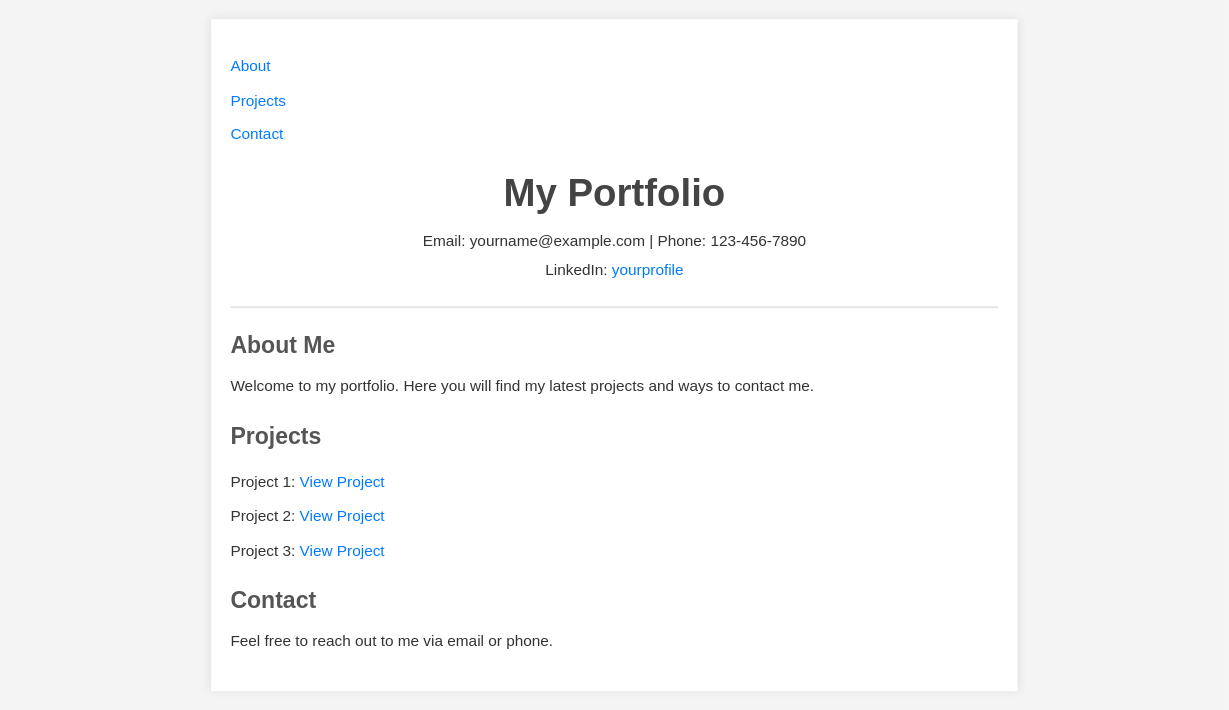
Repository: HoangDuck/portfolio
Page: index.html
An editor plug-in stored every save of this project. The page is shown before and after the next save, followed by the edit.
The browser window is 1280 px wide. The pictures show the whole page, at 96% of full size.

Above is the page before, as saved 2025-03-09 22:14:32.

After the next save:
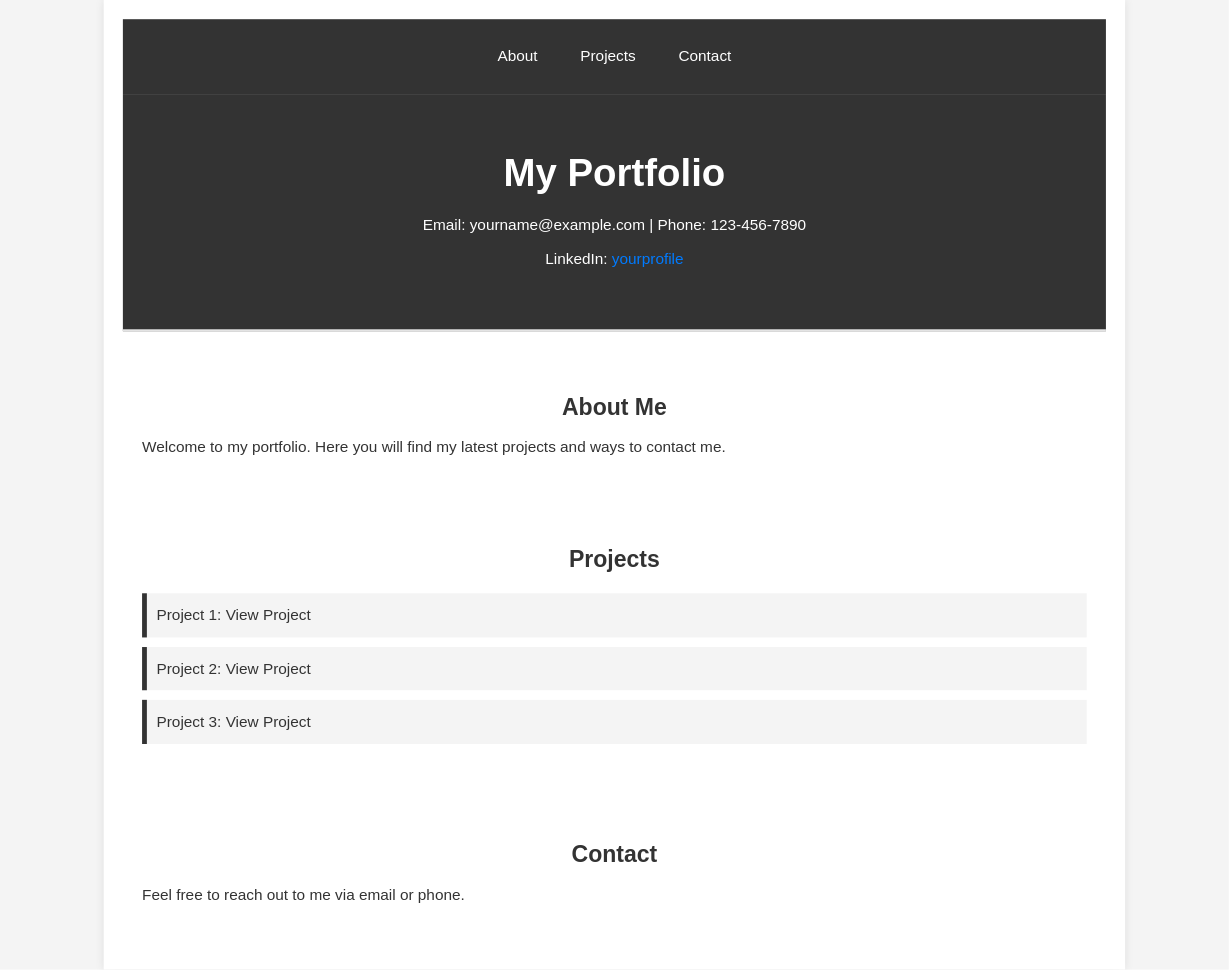
Saved 1 s later.
--- a/style.css
+++ b/style.css
@@ -1,31 +1,59 @@
 body {
-    font-family: 'Arial', sans-serif;
+    font-family: Arial, sans-serif;
     line-height: 1.6;
     background-color: #f4f4f4;
     color: #333;
     margin: 0;
-    padding: 20px;
+    padding: 0;
 }
 
 .portfolio-container {
-    max-width: 800px;
-    margin: 0 auto;
+    width: 80%;
+    margin: auto;
+    overflow: hidden;
     background: white;
     padding: 20px;
     box-shadow: 0 0 10px rgba(0, 0, 0, 0.1);
 }
 
+nav {
+    background: #333;
+    color: #fff;
+    padding: 10px 0;
+    text-align: center;
+}
+
+nav ul {
+    list-style: none;
+    padding: 0;
+}
+
+nav ul li {
+    display: inline;
+    margin: 0 20px;
+}
+
+nav ul li a {
+    color: #fff;
+    text-decoration: none;
+}
+
 header {
     text-align: center;
-    padding-bottom: 20px;
+    padding: 50px 0;
+    background: #333;
+    color: #fff;
     border-bottom: 2px solid #e4e4e4;
     margin-bottom: 20px;
 }
 
-h1 {
+header h1 {
     margin: 0;
     font-size: 2.5em;
-    color: #444;
+}
+
+header p {
+    margin: 10px 0;
 }
 
 h2 {
@@ -59,3 +87,42 @@ a:hover {
 section {
     margin-bottom: 20px;
 }
+
+.projects {
+    background: #fff;
+    padding: 20px;
+    margin-top: 20px;
+}
+
+.projects h2 {
+    text-align: center;
+    color: #333;
+}
+
+#project-list {
+    list-style: none;
+    padding: 0;
+}
+
+#project-list li {
+    background: #f4f4f4;
+    margin: 10px 0;
+    padding: 10px;
+    border-left: 5px solid #333;
+}
+
+#project-list li a {
+    text-decoration: none;
+    color: #333;
+}
+
+#about, #contact {
+    background: #fff;
+    padding: 20px;
+    margin-top: 20px;
+}
+
+#about h2, #contact h2 {
+    text-align: center;
+    color: #333;
+}
